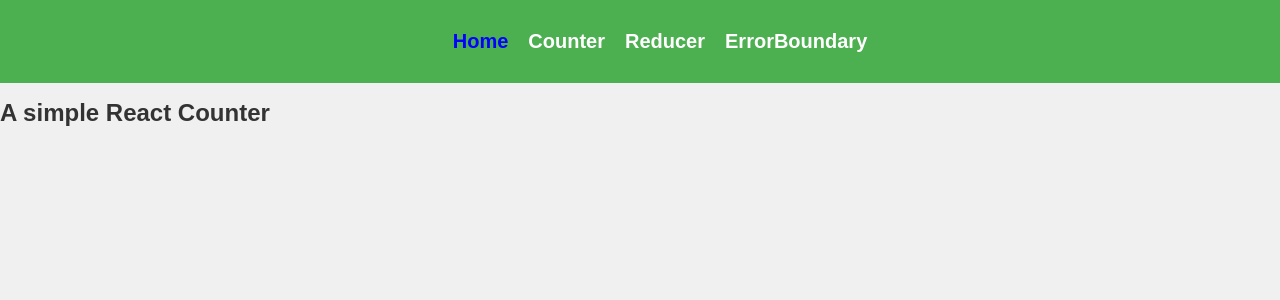
Repository: qudos4real/altschool-second-sem
Page: /
An editor plug-in stored every save of this project. The page is shown before and after the next save, followed by the edit.
The browser window is 1280 px wide. The pictures show the whole page.
The project was rebuilt for these pictures with package versions that can differ from the ones it lists, and the page was loaded fresh each time. Also part of the build but not shown: src/hooks/useCounter.js, src/Components/Counter.js, src/App.css, src/hooks/reducer.1.js, src/Components/Reducer.js, src/Components/NotFound.js.

Above is the page before, as saved 2022-11-04 19:34:01.

After the next save:
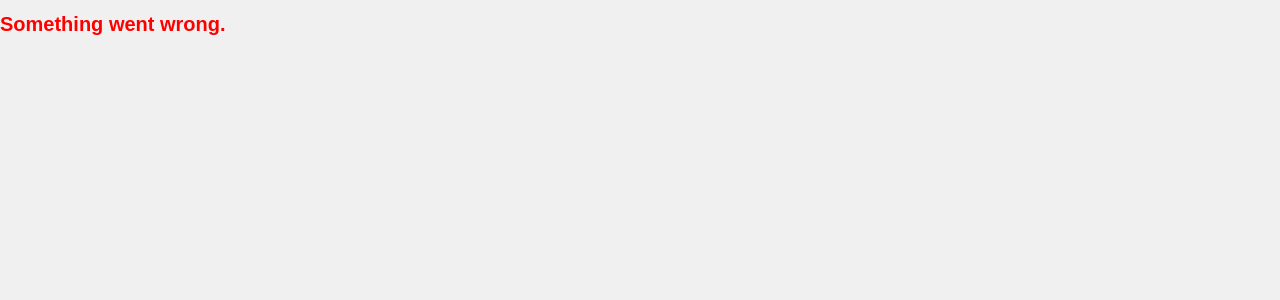
Saved 3 min 44 s later.
--- a/src/Components/ErrorBoundary.js
+++ b/src/Components/ErrorBoundary.js
@@ -2,7 +2,7 @@
 
 
 export class ErrorBoundary extends Component {
-    state = { hasError: false };
+    state = { hasError: true };
 
     static getDerivedStateFromError(error) {
         return { hasError: true };

After the save that followed:
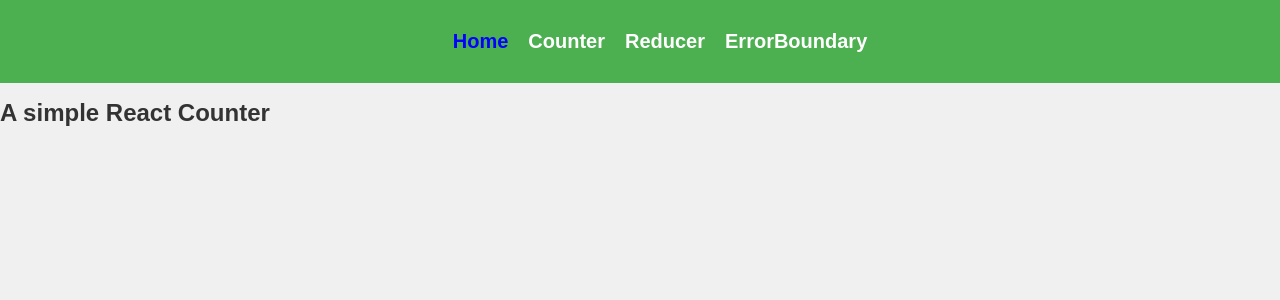
Saved 38 s later.
--- a/src/Components/ErrorBoundary.js
+++ b/src/Components/ErrorBoundary.js
@@ -2,7 +2,7 @@
 
 
 export class ErrorBoundary extends Component {
-    state = { hasError: true };
+    state = { hasError: false };
 
     static getDerivedStateFromError(error) {
         return { hasError: true };
